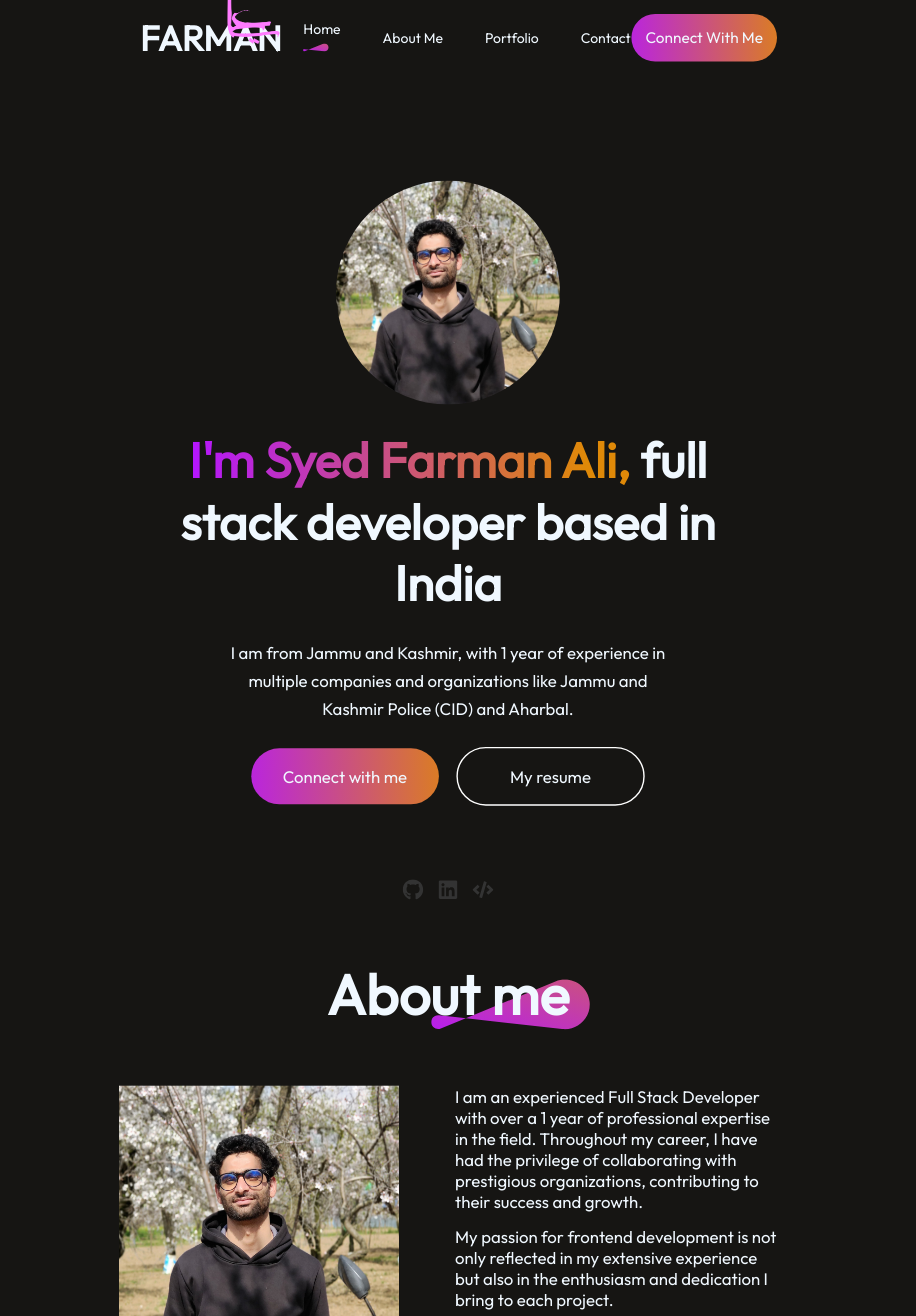
Repository: FARMAN9/portfolio_React
Page: /
An editor plug-in stored every save of this project. The page is shown before and after a run of saves, followed by the edit.
The browser window is 1280 px wide. The page is 1309 px wide, so the pictures cover 1309 px, including what lies to the right of the window. The pictures show the part of the page from y = 0 to 1880 px (the page is 4995 px tall before and 5500 px after), at 70% of full size.
The project was rebuilt for these pictures with package versions that can differ from the ones it lists, and the page was loaded fresh each time. Also part of the build but not shown: vite.config.js.

Above is the page before, as saved 2024-10-16 20:14:10.

After the next 2 saves:
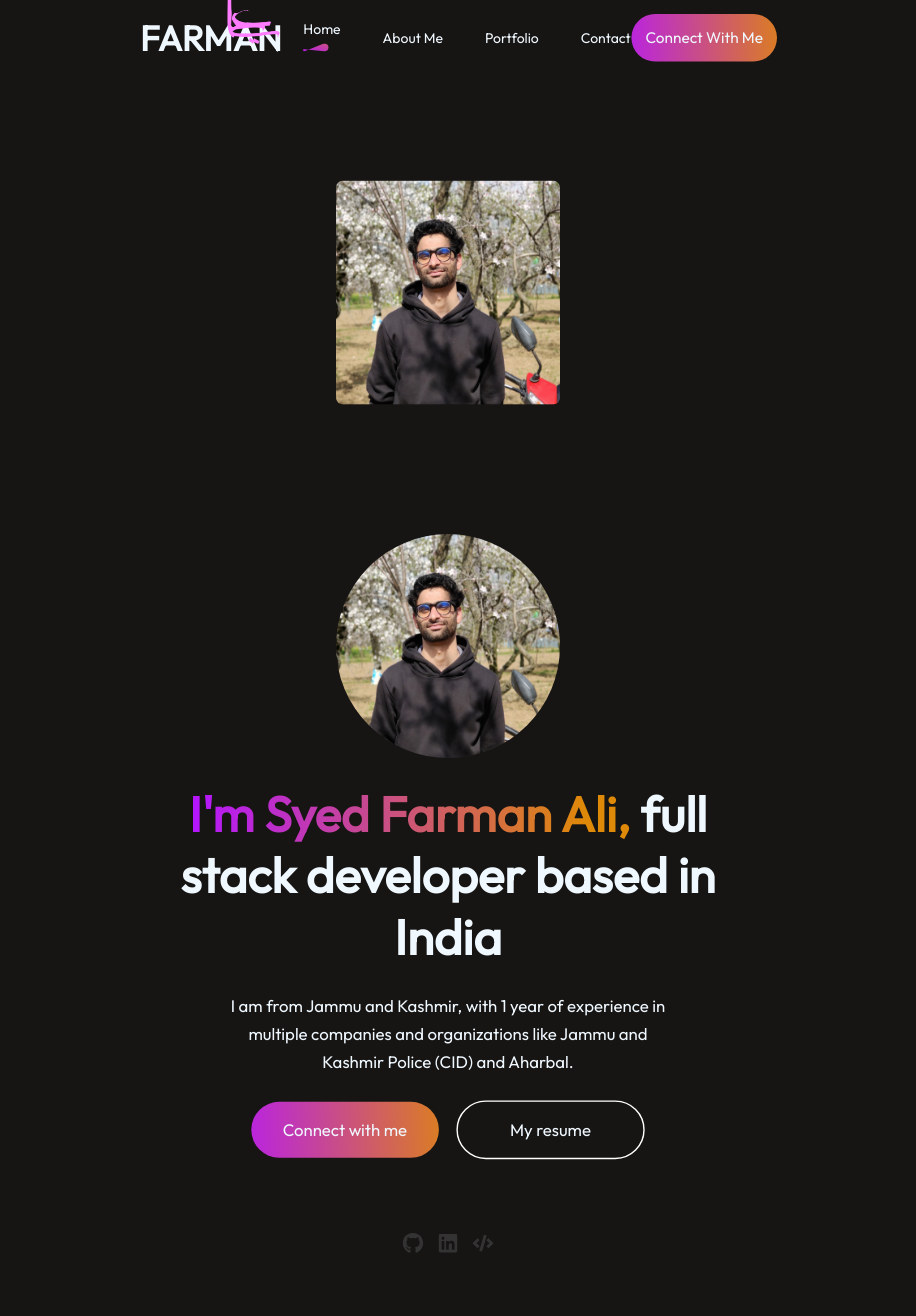
The 2 saves are shown as one change because they came seconds apart.
The last was saved 5 min 33 s later.
--- a/src/Components/Hero/Hero.jsx
+++ b/src/Components/Hero/Hero.jsx
@@ -12,6 +12,16 @@
 function Hero() {
   return (
     <div id="home" className="hero">
+      <img
+        src={profile}
+        alt="profile"
+        style={{
+          display: "block",
+          borderRadius: "10px",
+          position: "relative",
+          zIndex: 1,
+        }}
+      />
       <img src={profile} alt="profile" />
       <h1>
         <span className="myname">I'm Syed Farman Ali,</span> full stack

After the save that followed:
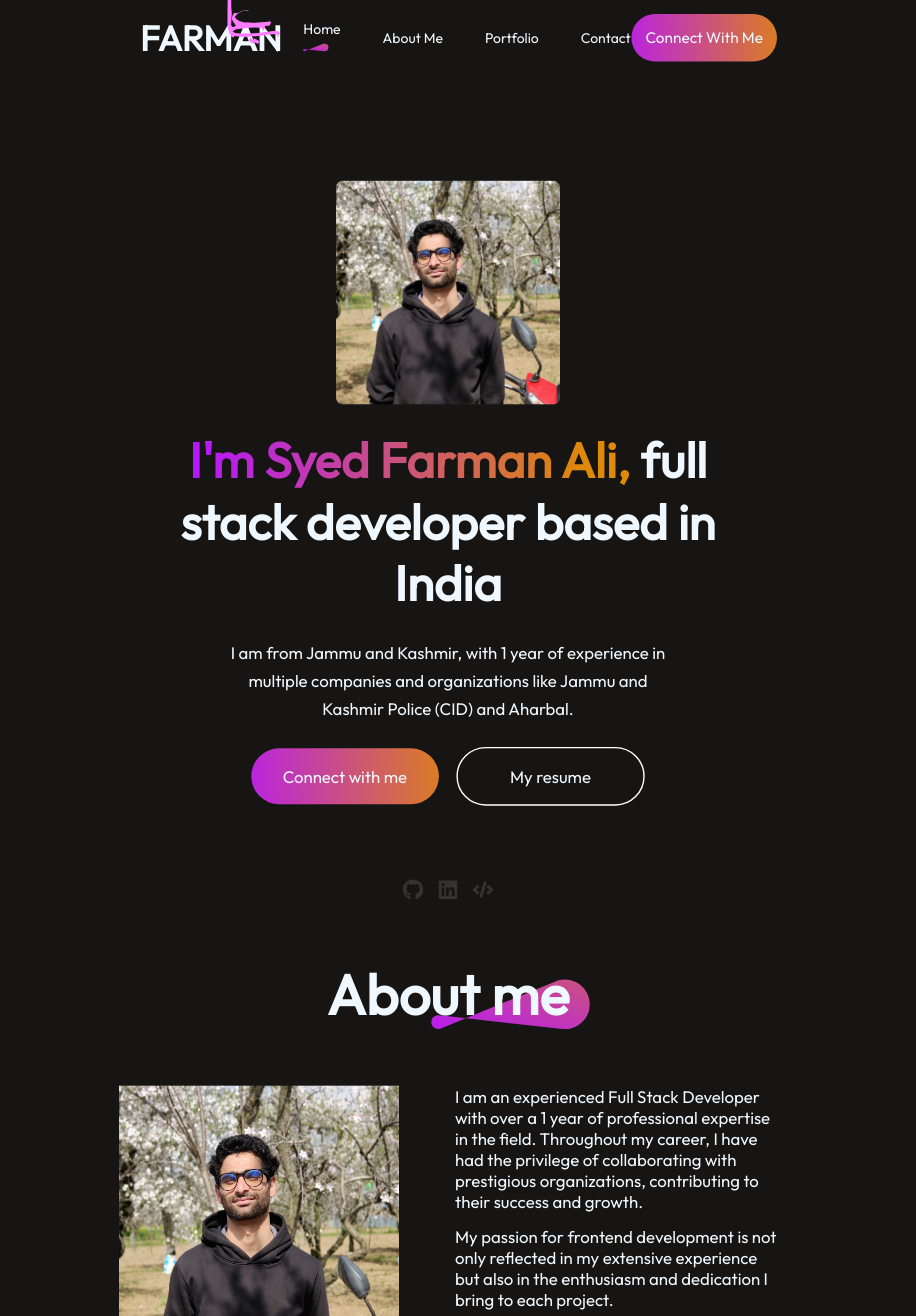
Saved 24 s later.
--- a/src/Components/Hero/Hero.jsx
+++ b/src/Components/Hero/Hero.jsx
@@ -22,7 +22,6 @@
           zIndex: 1,
         }}
       />
-      <img src={profile} alt="profile" />
       <h1>
         <span className="myname">I'm Syed Farman Ali,</span> full stack
         developer based in India
